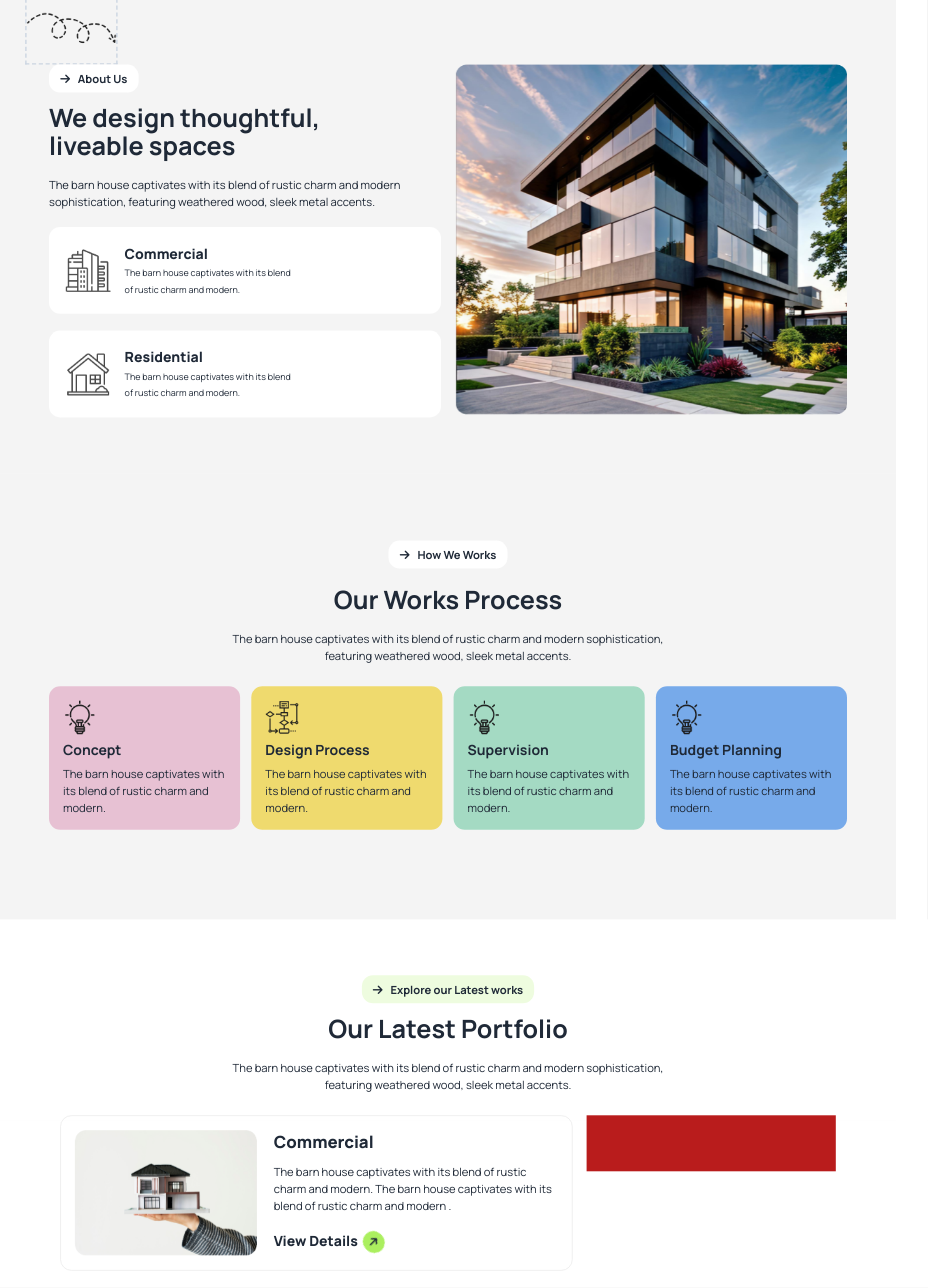
Repository: Tanvir4312/assignment-03
Page: index.html
The author's editor kept a copy of each file at every save. The page is drawn from the files as they stood at one save, then again after the next save.
The browser window is 1280 px wide. The page is 1325 px wide, so the pictures cover 1325 px, including what lies to the right of the window. The pictures show the part of the page from y = 985 to 2825 px (the page is 2825 px tall), at 70% of full size.
Some web libraries are served in a nearby version.

Above is the page before, as saved 2024-10-30 18:29:03.

### index.html
<!DOCTYPE html>
<html lang="en">

<head>
    <meta charset="UTF-8">
    <meta name="viewport" content="width=device-width, initial-scale=1.0">
    <title>Renterio</title>
    <link rel="stylesheet" href="styles/styles.css">
    <!-- DaisyUI -->
    <link href="https://cdn.jsdelivr.net/npm/daisyui@4.12.14/dist/full.min.css" rel="stylesheet" type="text/css" />
    <script src="https://cdn.tailwindcss.com"></script>
    <!-- Icon -->
    <link rel="stylesheet" href="https://cdnjs.cloudflare.com/ajax/libs/font-awesome/6.6.0/css/all.min.css"
        integrity="sha512-Kc323vGBEqzTmouAECnVceyQqyqdsSiqLQISBL29aUW4U/M7pSPA/gEUZQqv1cwx4OnYxTxve5UMg5GT6L4JJg=="
        crossorigin="anonymous" referrerpolicy="no-referrer" />

    <script>
        tailwind.config = {
            theme: {
                extend: {
                    colors: {
                        clifford: '#da373d',
                        bgBtnColor: '#ABEF5F',
                        btnTextAndWorksTextColor: '#1C1C1C',
                        mainColor: '#212121',
                        secondaryColor: '#494949',

                    }
                }
            }
        }
    </script>
</head>

<body class="manrope-font">
    <header>
        <!-- Navbar -->
        <nav class="container mx-auto">
            <div class="navbar relative py-14">
                <div class="navbar-start">
                    <div class="absolute right-0">
                        <div class="dropdown">
                            <div tabindex="0" role="button"
                                class="btn btn-ghost mr-2 lg:hidden border border-[rgba(233,233,233)] rounded-full bg-[#f9f8f8]">
                                <svg xmlns="http://www.w3.org/2000/svg" class="h-5 w-5" fill="none" viewBox="0 0 24 24"
                                    stroke="currentColor">
                                    <path stroke-linecap="round" stroke-linejoin="round" stroke-width="2"
                                        d="M4 6h16M4 12h8m-8 6h16" />
                                </svg>
                            </div>
                            <div class="absolute -left-20">
                                <ul tabindex=""
                                    class="menu menu-sm dropdown-content bg-base-100 rounded-box z-[1] p-2 shadow w-32">
                                    <li><a>Home</a></li>
                                    <li><a>Services</a></li>
                                    <li><a>Portfolio</a></li>
                                    <li><a>Blogs</a></li>
                                    <li><a>Contact Us</a></li>
                                </ul>
                            </div>
                        </div>
                    </div>
                    <i class="fa-solid fa-arrow-right -rotate-45 bg-bgBtnColor p-2 rounded-full	"></i>
                    <a class="btn btn-ghost font-extrabold text-3xl pl-2">Renterio</a>
                </div>
                <div class="navbar-center hidden lg:flex">
                    <ul class="menu menu-horizontal px-1">
                        <li><a class="font-extrabold">Home</a></li>
                        <li><a>Services</a></li>
                        <li><a>Portfolio</a></li>
                        <li><a>Blogs</a></li>
                        <li><a>Contact Us</a></li>
                    </ul>
                </div>

                <div class="navbar-end hidden md:block">
                    <div class="flex justify-end">
                        <div class="flex items-center gap-3 mr-2">
                            <div class="px-3 py-1 border border-[rgba(233,233,233)] rounded-full bg-[#f9f8f8]">
                                <i class="fa-solid fa-magnifying-glass"></i>
                            </div>
                            <div class="px-3 py-1 border border-[rgba(233,233,233)] rounded-full bg-[#f9f8f8]">
                                <i class="fa-solid fa-cart-shopping"></i>
                            </div>
                        </div>
                        <div class="relative ">
                            <button class="btn bg-bgBtnColor rounded-3xl pr-14 text-lg font-semibold">Book
                                Consult</button>
                            <i
                                class="fa-solid fa-arrow-right -rotate-45 bg-black text-white p-2 rounded-full absolute top-2 right-4 "></i>
                        </div>
                    </div>
                </div>
            </div>
        </nav>
        <!-- Banner -->
        <section class="banner text-center">
            <!-- Banner Image -->
            <div class="flex justify-center px-14">
                <img src="./assets/banner.png" alt="">
            </div>
            <!-- Banner Text -->
            <div class="mt-6">
                <h1 class="text-3xl md:text-6xl font-extrabold md:leading-[80px]">A barn house of this design
                    has a <br>striking appearance
                </h1>
                <p class="mt-6 mb-8 px-5">The barn house captivates with its blend of rustic charm and modern
                    sophistication,
                    featuring weathered wood, sleek metal <br> accents, and large windows that flood the space with
                    natural light.</p>
                <!-- Banner Button -->
                <div class="relative flex px-2 md:justify-center md:items-center">
                    <div class="w-full text-start md:text-center">
                        <button
                            class="btn border border-[rgba(171,239,95)] bg-[rgba(171,239,95,0.5)] rounded-3xl mainColor text-xl font-extrabold pr-14 l w-full md:w-52">View
                            Details</button>
                    </div>
                    <div>
                        <i
                            class="fa-solid fa-arrow-right -rotate-45 bg-bgBtnColor p-2 rounded-full absolute bottom-2 right-[590px]"></i>

                        <i
                            class="md:hidden absolute top-3 right-20 fa-solid fa-arrow-right -rotate-45 bg-bgBtnColor p-2 rounded-full"></i>
                    </div>
                </div>
            </div>
        </section>
    </header>

    <main class="bg-[#F4F4F4]">
        <!-- Commercial and Residential Section -->
        <section class="bg-[#F4F4F4] md:my-24 my-5 pt-7 pb-5 md:pb-20">
            <!-- Vector Image -->
            <img class="hidden md:block border-dashed border-2 border-slate-300 py-7 ml-9" src="./assets/Vector.png"
                alt="">
            <div class="md:w-[1140px] mx-auto grid md:grid-cols-2 grid-cols-1 gap-5 p-4 md:p-0">
                <div>
                    <!-- About Us Button -->
                    <div class="flex justify-center md:flex-col">
                        <div class="bg-white w-32 py-2 px-4 rounded-2xl">
                            <i class="fa-solid fa-arrow-right pr-2"></i>
                            <button class="font-bold">About Us</button>
                        </div>
                    </div>
                    <!-- Text -->
                    <div class="mt-4 md:text-start text-center">
                        <h1 class="text-2xl md:text-4xl font-bold mainColor mb-6">We design thoughtful, <br> liveable
                            spaces
                        </h1>
                        <p class="secondaryColor">The barn house captivates with its blend of rustic charm and
                            modern sophistication, featuring weathered wood, sleek metal accents.</p>
                    </div>

                    <div class="flex md:items-center gap-5 my-6 bg-white p-6 rounded-2xl">
                        <!-- Image -->
                        <div>
                            <img src="./assets/commercial.png" alt="">
                        </div>
                        <!-- Text -->
                        <div>
                            <h3 class="text-xl font-extrabold">Commercial</h3>
                            <p><small>The barn house captivates with its blend <br> of rustic charm and modern.</small>
                            </p>
                        </div>
                    </div>
                    <div class="flex md:items-center gap-5 bg-white p-6 rounded-2xl">
                        <!-- Image -->
                        <div>
                            <img src="./assets/residential.png" alt="">
                        </div>
                        <!-- Text -->
                        <div>
                            <h3 class="text-xl font-extrabold">Residential</h3>
                            <p><small>The barn house captivates with its blend <br> of rustic charm and modern.</small>
                            </p>
                        </div>
                    </div>

                </div>
                <!-- Image -->
                <div>
                    <img class="h-60 w-full md:h-[500px]" src="./assets/Rectangle.png" alt="">
                </div>
            </div>
        </section>

        <!-- Works Process section -->
        <section class="md:w-[1140px] mx-auto px-4 md:px-0 md:pb-24">
            <!-- Works Button -->
            <div class="flex justify-center">
                <div class="bg-white py-2 px-4 rounded-2xl">
                    <i class="fa-solid fa-arrow-right pr-2"></i>
                    <button class="font-bold">How We Works</button>
                </div>
            </div>
            <!-- Text -->
            <div class="text-center">
                <h1 class="py-4 md:py-6 text-2xl md:text-4xl font-bold">Our Works Process</h1>
                <p>The barn house captivates with its blend of rustic charm and modern sophistication, <br> featuring
                    weathered wood, sleek metal accents.</p>
            </div>
            <!-- Card -->
            <div class="card grid grid-cols-1 md:grid-cols-4 gap-4 my-8">
                <div class="bg-[rgba(231,193,211)] rounded-2xl p-5">
                    <img src="./assets/concept.png" alt="">
                    <h4 class="py-2 text-xl font-bold">Concept</h4>
                    <p>The barn house captivates with its blend of rustic charm and modern.</p>
                </div>
                <div class="bg-[rgba(239,218,110)] rounded-2xl p-5">
                    <img src="./assets/flow-chart.png" alt="">
                    <h4 class="py-2 text-xl font-bold">Design Process</h4>
                    <p>The barn house captivates with its blend of rustic charm and modern.</p>
                </div>
                <div class="bg-[rgba(164,218,195)] rounded-2xl p-5">
                    <img src="./assets/concept.png" alt="">
                    <h4 class="py-2 text-xl font-bold">Supervision</h4>
                    <p>The barn house captivates with its blend of rustic charm and modern.</p>
                </div>
                <div class="bg-[rgba(119,170,234)] rounded-2xl p-5">
                    <img src="./assets/concept.png" alt="">
                    <h4 class="py-2 text-xl font-bold">Budget Planning</h4>
                    <p>The barn house captivates with its blend of rustic charm and modern.</p>
                </div>
            </div>
        </section>
        <!-- Latest Portfolio Section -->
        <section class="md:bg-white h-72">
            <div class=" md:w-[1140px] mx-auto py-6 px-4 md:pt-20">
                <!-- Latest Works Button -->
                <div class="flex justify-center">
                    <div class="bg-[rgba(171,239,95,0.2)] py-2 px-4 rounded-2xl">
                        <i class="fa-solid fa-arrow-right pr-2"></i>
                        <button class="font-bold">Explore our Latest works</button>
                    </div>
                </div>
                <!-- Text -->
                <div class="text-center">
                    <h1 class="pt-4 pb-6 md:text-4xl text-2xl font-bold">Our Latest Portfolio</h1>
                    <p>The barn house captivates with its blend of rustic charm and modern sophistication, <br>
                        featuring
                        weathered wood, sleek metal accents.</p>
                </div>
                <div class="pt-8 grid grid-cols-1 md:grid-cols-3 gap-5">
                    <div class="md:col-span-2 rounded-2xl ">
                        <div class="md:flex gap-6 border border-[rgba(233,233,233)] rounded-2xl p-5">
                            <img src="./assets/img1.png" alt="">
                            <div>
                                <h3 class="text-2xl font-extrabold">Commercial</h3>
                                <p class="pt-4 pb-6">The barn house captivates with its blend of rustic charm and modern. The barn house
                                    captivates with its blend of rustic charm and modern .</p>

                                <a class="text-xl font-extrabold pr-1" href="">View Details</a>
                                <i class="fa-solid fa-arrow-right -rotate-45 bg-bgBtnColor p-2 rounded-full	"></i>
                            </div>
                        </div>
                    </div>
                    <div class="h-20 bg-red-700"></div>

                </div>
            </div>
        </section>
    </main>

</body>

</html>

### styles/styles.css
/* Font */
@import url('https://fonts.googleapis.com/css2?family=Manrope:wght@200..800&display=swap');


.manrope-font {
  font-family: "Manrope", sans-serif;


}

After the next save:
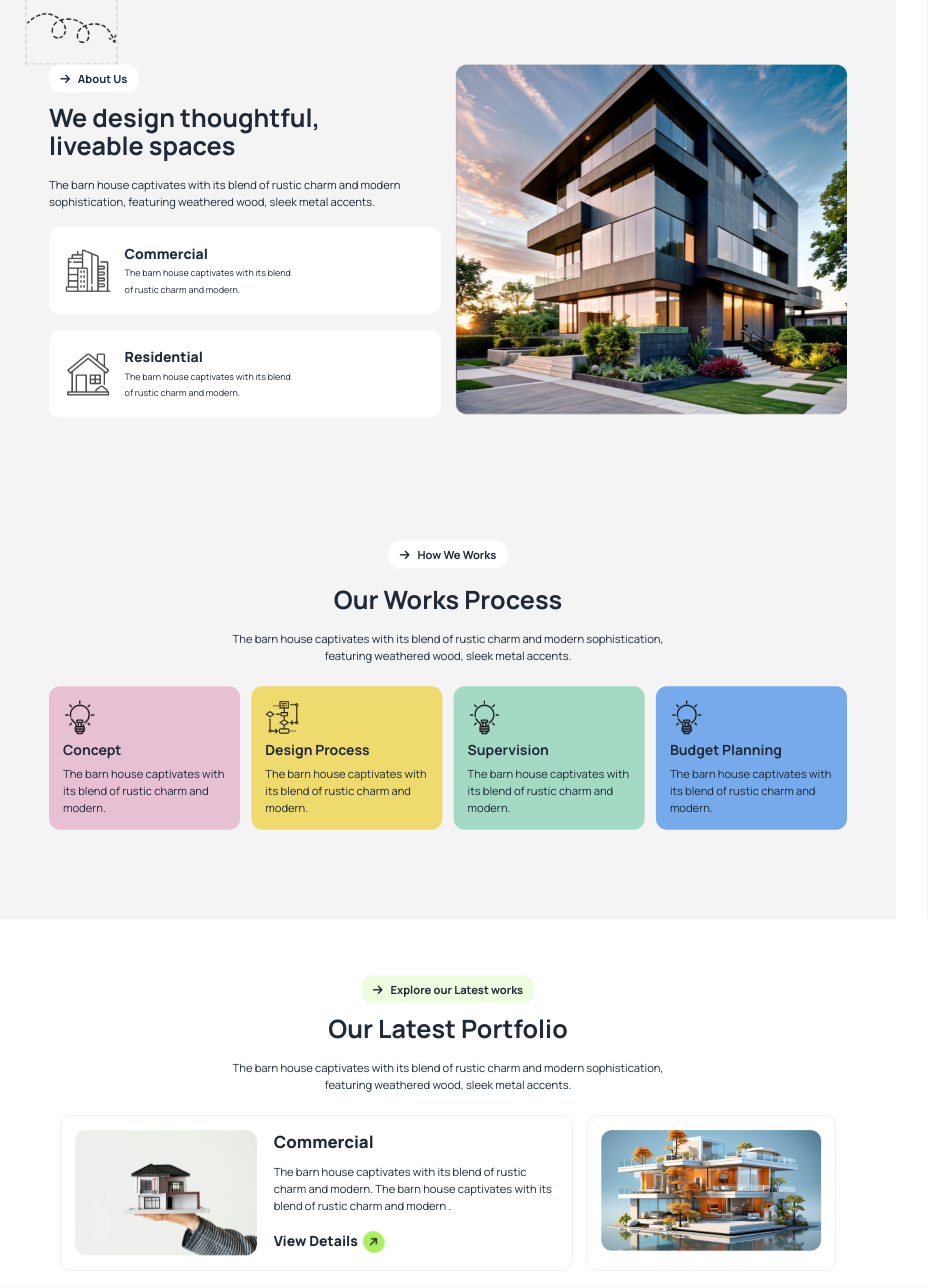
Saved 52 s later.
--- a/index.html
+++ b/index.html
@@ -254,7 +254,9 @@
                             </div>
                         </div>
                     </div>
-                    <div class="h-20 bg-red-700"></div>
+                    <div class="border border-[rgba(233,233,233)] rounded-2xl p-5">
+                        <img src="./assets/img2.png" alt="">
+                    </div>
 
                 </div>
             </div>
